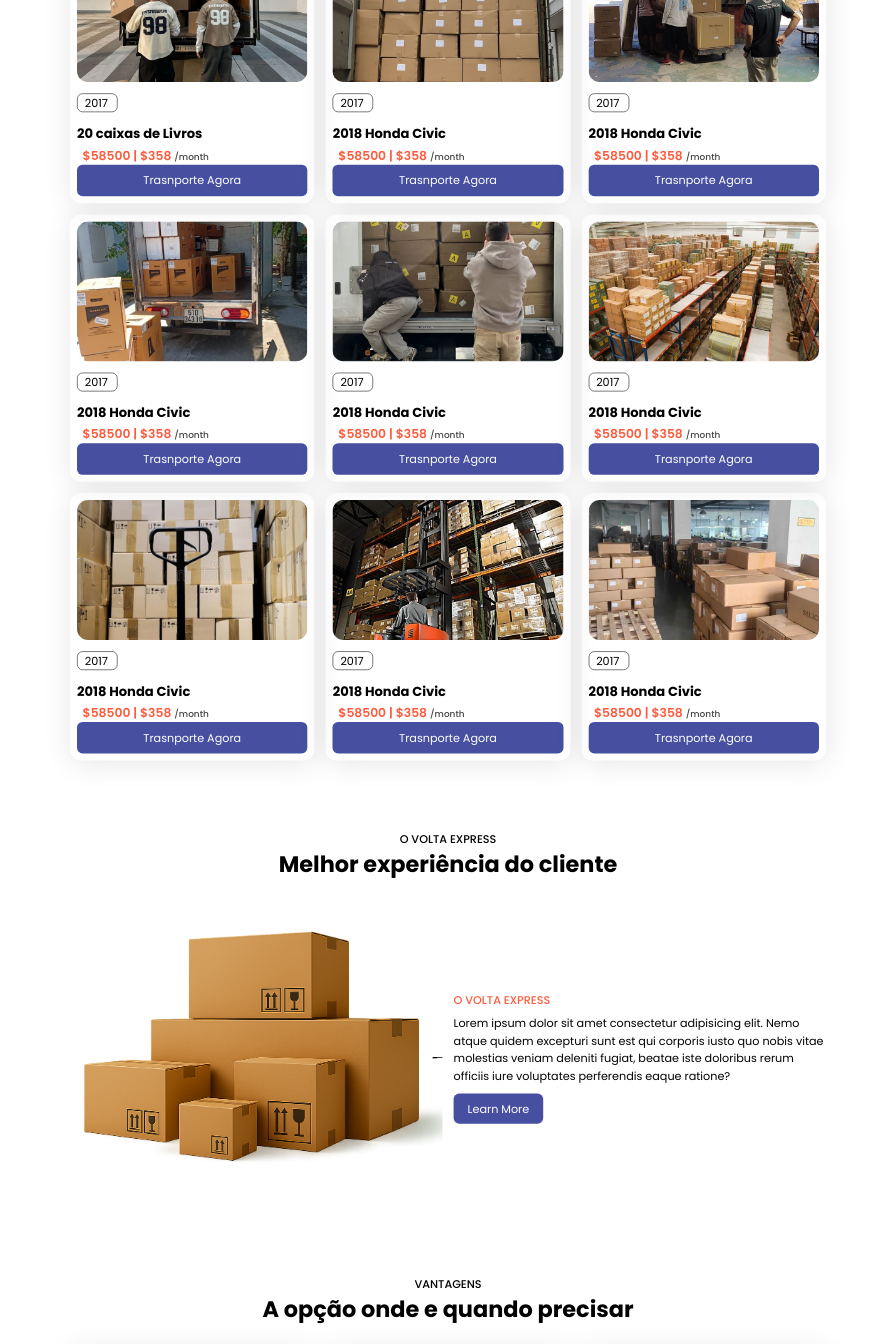
Repository: douglasabnovato/transportation
Page: index.html
The author's editor kept a copy of each file at every save. The page is drawn from the files as they stood at one save, then again after the next save.
The browser window is 1280 px wide. The pictures show the part of the page from y = 1476 to 3396 px (the page is 4034 px tall before and 4079 px after), at 70% of full size.

Above is the page before, as saved 2025-05-19 01:10:02.

After the next save:
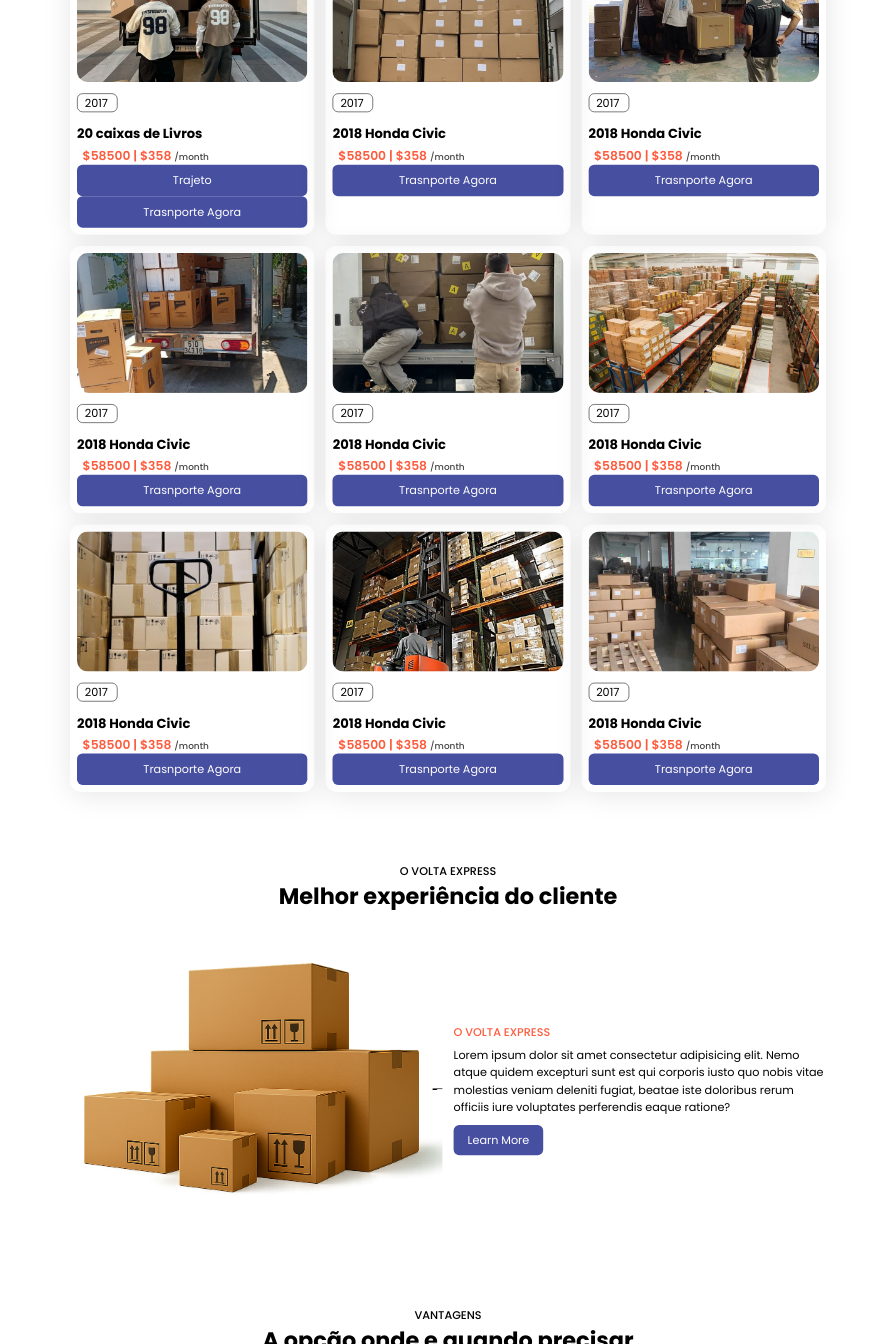
Saved 74 s later.
--- a/index.html
+++ b/index.html
@@ -122,7 +122,8 @@
           <p>2017</p>
           <h3>20 caixas de Livros</h3>
           <h2>$58500 | $358 <span> /month</span></h2>
-          <a href="#" class="btn">Trasnporte Agora</a>
+
+          <a href="#" class="btn">Trajeto</a><a href="#" class="btn">Trasnporte Agora</a>
         </div>
 
         <div class="box">
